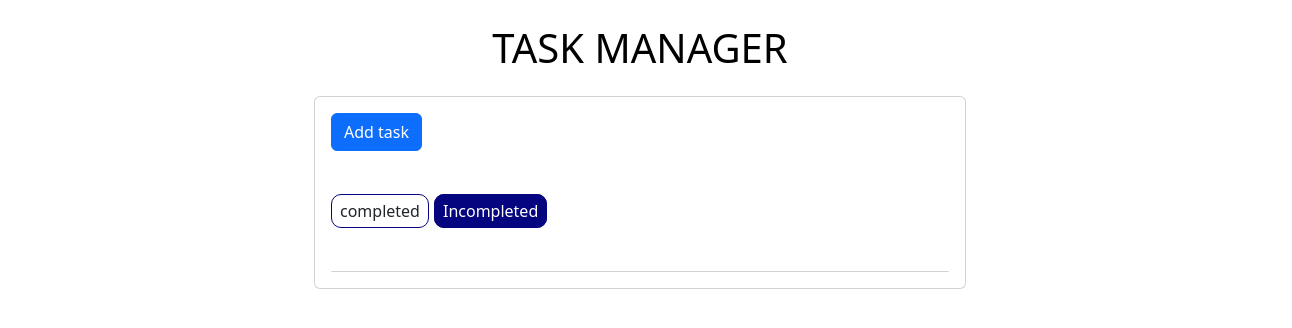
Repository: Jcparks84/task_manager
Page: / (app in frontend/)
An editor plug-in stored every save of this project. The page is shown before and after a run of saves, followed by the edit.
The browser window is 1280 px wide. The page is 1292 px wide, so the pictures cover 1292 px, including what lies to the right of the window. The pictures show the whole page.
The page's requests for data from a server got no answer. The project was rebuilt for these pictures with package versions that can differ from the ones it lists, and the page was loaded fresh each time. No one was signed in, and anything a server would have sent is missing. Also part of the build but not shown: frontend/src/components/Modal.js.

Above is the page before, as saved 2022-08-11 17:05:20.

After the next 6 saves:
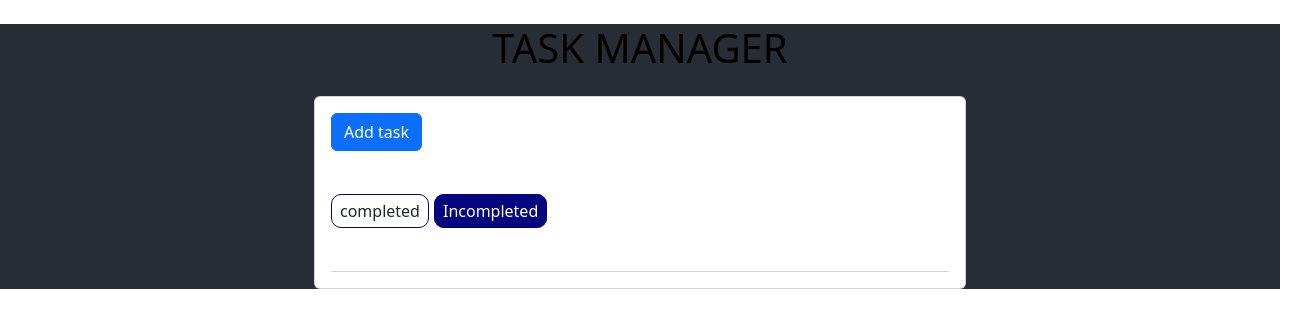
The 6 saves are shown as one change because they came seconds apart.
The last was saved 40 s later.
--- a/frontend/src/App.css
+++ b/frontend/src/App.css
@@ -1,4 +1,4 @@
-/* .App {
+.App {
   text-align: center;
   background-color: #282c34;
 }
@@ -29,6 +29,10 @@
   color: #61dafb;
 }
 
+.content {
+  background-color: #282c34;
+}
+
 
 @keyframes App-logo-spin {
   from {
@@ -37,4 +41,4 @@
   to {
     transform: rotate(360deg);
   }
-} */
+}
